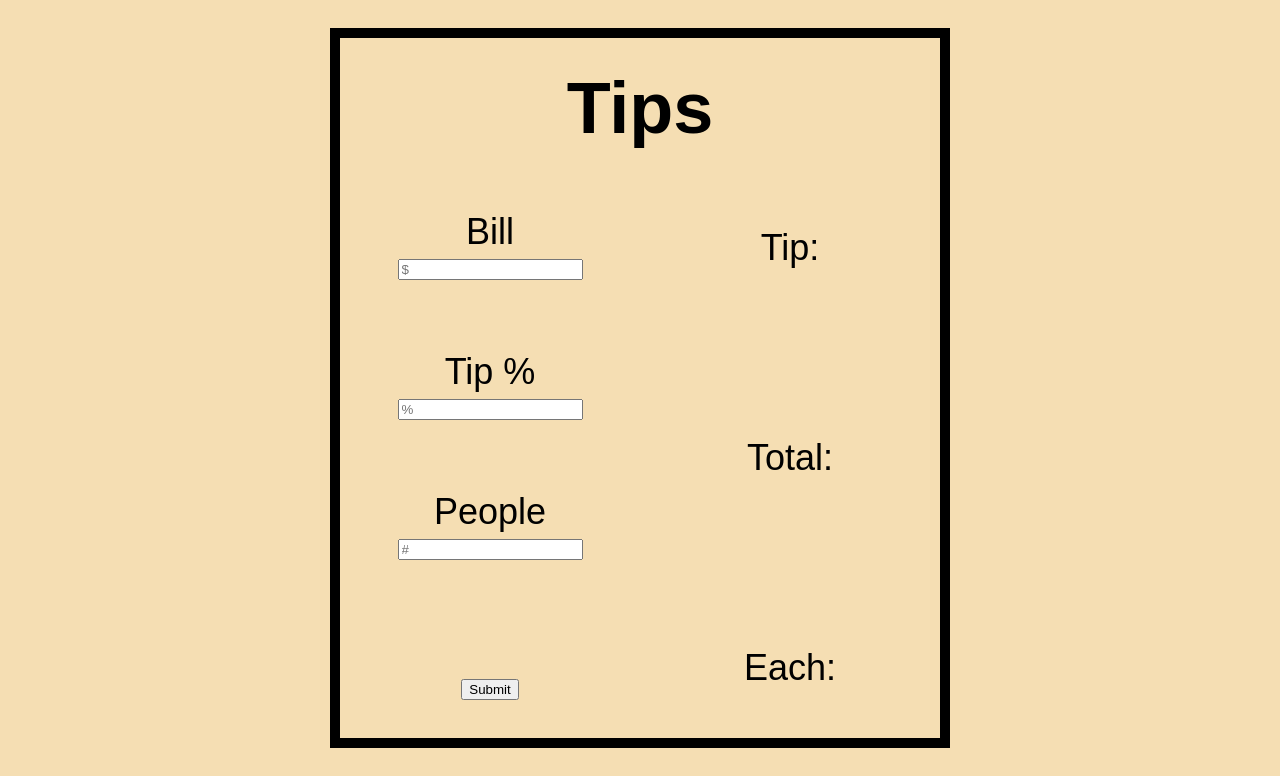
Repository: SamirIngley/Tip-Calculator
Page: tip_display.html
These files come from the project's save history. The page is drawn as it stood at one moment and after the next save; the edit follows.
The browser window is 1280 px wide. The pictures show the whole page.

Above is the page before, as saved 2020-02-13 15:54:49.

### tip_display.html
<!DOCTYPE html>
<html lang="en">
<head>
    <meta charset="UTF-8">
    <meta name="viewport" content="width=device-width, initial-scale=1.0">
    <meta http-equiv="X-UA-Compatible" content="ie=edge">
    <link href="style.css" rel="stylesheet">
    <title>Tip Calculator</title>
</head>
<body>

    <form id='form' class='form'>
        <div class='title'>
            <h1>Tips</h1>
        </div>
        <div class='bill'>
            <label>Bill</label><br>
            <input id='bill' type="number" name="bill" placeholder="$">
        </div>
        <div class='tip'>
            <label>Tip %</label><br>
            <input id='tip' type="number" name="tip" placeholder="%">
        </div>
        <div class='numppl'>
            <label>People</label><br>
            <input id='numppl' type="number" name="numppl" placeholder="#">
        </div>
        <div class='submit'><br>
            <input type="submit" name="submit" value="Submit">
        </div>


        <div id='total-display' class="total-disp">
            Total:
        </div>

        <div id='tip-display' class="tip-disp">
            Tip:
        </div>

        <div id='total-pp-display' class="pp-disp">
            Each:
        </div>

    </form>

</body>



    <script>

        const inputBill = document.getElementById('bill')
        const inputTip = document.getElementById('tip')
        const inputNumppl = document.getElementById('numppl')
        const form = document.getElementById('form')
        const displayTip = document.getElementById('tip-display')
        const displayTotal = document.getElementById('total-display')
        const displayTotalPP = document.getElementById('total-pp-display')


        function calculateTip() {

            const bill = parseInt(inputBill.value)
            const people = inputNumppl.value
            const percent = inputTip.value
            const tip = bill * percent / 100
            const total = bill + tip
            const totalPP = total / people
            console.log(bill)
            console.log(percent)
            console.log(total)
            console.log(tip)
            console.log(people)
            console.log(totalPP)

            displayTotal.innerHTML = `Total: $${total.toFixed(2)}`
            displayTip.innerHTML = `Tip: $${tip.toFixed(2)}`
            displayTotalPP.innerHTML = `Each: $${totalPP.toFixed(2)}`
        }



        form.addEventListener("submit", function(e) {
            e.preventDefault()
            calculateTip()
        })

        // inputBill.addEventListnener('change', function(e) {
        //     console.log(inputBill.value)
        //     const newBillAMount = parseFloat(e.target.value)

        // })

    </script>



</body>
</html>

### style.css
body {
    background-color: wheat;
    justify-content: center;
    align-items: center;
    /* margin: 100px; */
    /* padding: 100px; */
    display: flex;
}

.form {
    background-color: light-brown;
    display: grid;
    grid-template-columns: 300px 300px;
    grid-template-rows: repeat(5, 1fr);
    grid-template-areas: "h h"
                         "b d"
                         "t y"
                         "n y"
                         "s p"

}


.form {
    font-family: Arial, Helvetica, sans-serif;
    font-size: 36px;
    font-weight: 100;
    justify-content: center;
    align-items: center;
    text-align: center;
    height: 700px;
    line-height: 30px;
    margin: 20px;
    /* padding: 10px; */
    border-style: solid;
    border-width: 10px;
    border-color: black;
}

.title {
    grid-area: h;
}

.bill {
    text-align: center;
    grid-area: b;
    font-weight: 20;
}

.tip {
    text-align: center;
    grid-area: t;
    font-weight: 20;
}

.numppl {
    text-align: center;
    grid-area: n;
    font-weight: 20;
}

.submit {
    /* padding: 40px 180px 50px 0px; */
    grid-area: s;
    align-items: center;

}


.tip-disp {
    grid-area: d;
}

.total-disp {
    grid-area: y
}

.pp-disp {
    grid-area: p
}

After the next save:
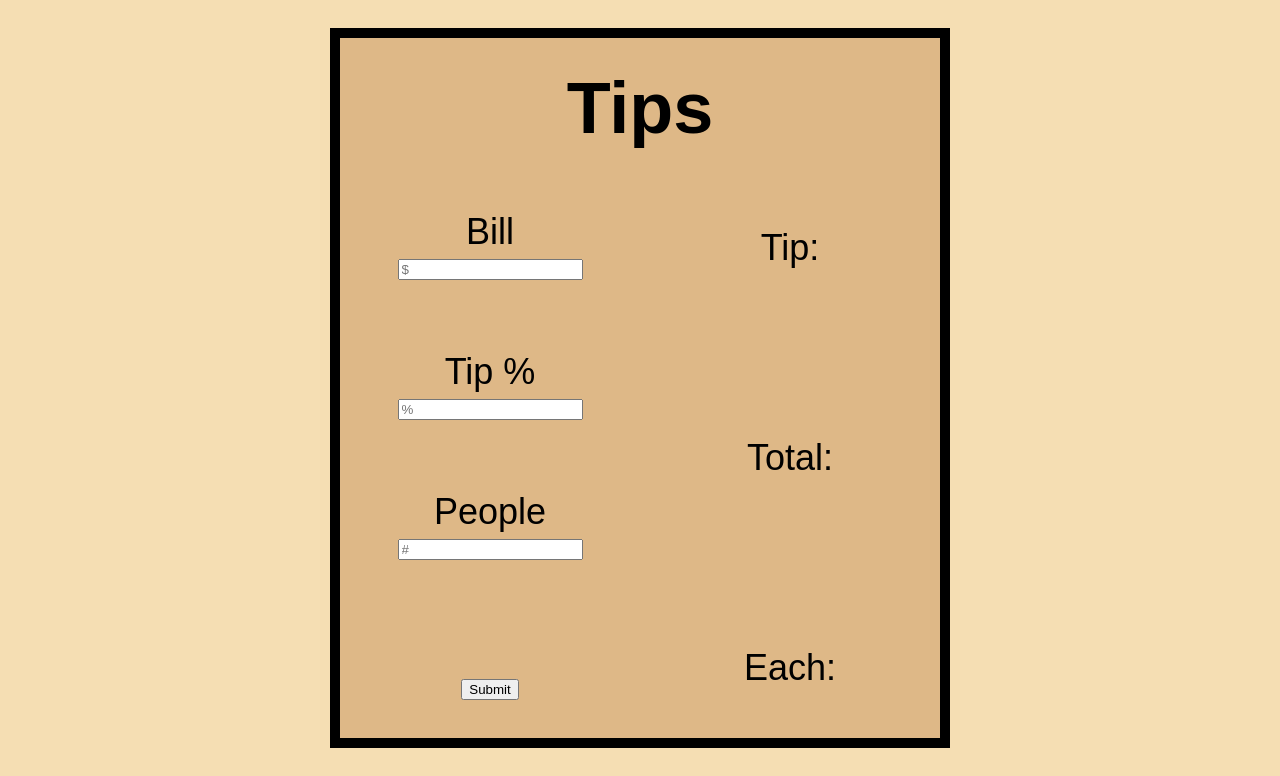
Saved 11 s later.
--- a/style.css
+++ b/style.css
@@ -8,7 +8,7 @@ body {
 }
 
 .form {
-    background-color: light-brown;
+    background-color: burlywood;
     display: grid;
     grid-template-columns: 300px 300px;
     grid-template-rows: repeat(5, 1fr);
